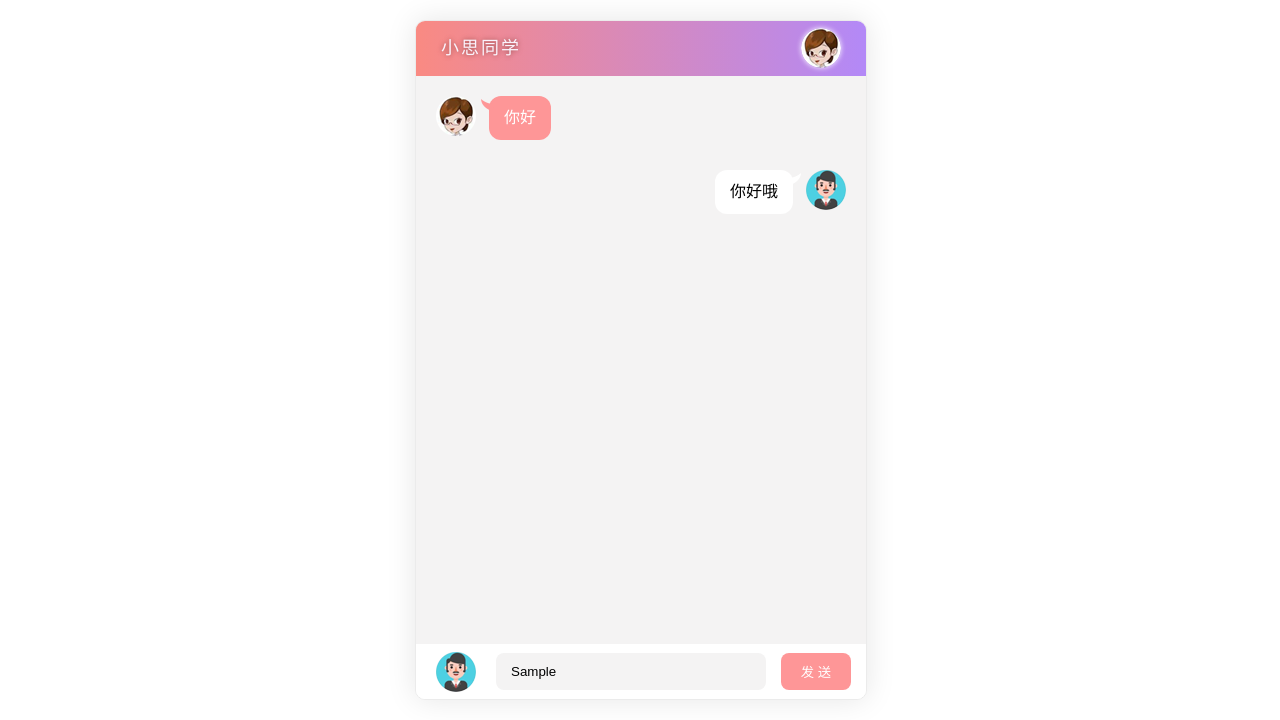
Repository: R1Deemo/ajax
Page: 聊天机器人/聊天机器人.html
These files come from the project's save history. The page is drawn as it stood at one moment and after the next save; the edit follows.
The browser window is 1280 px wide. The pictures show the whole page.
Empty fields were first filled with sample values (such as "Sample", 5 or name@example.com).
After loading, the first visible `#btnSend` was clicked once.

Above is the page before, as saved 2022-10-25 10:21:59.

After the next save:
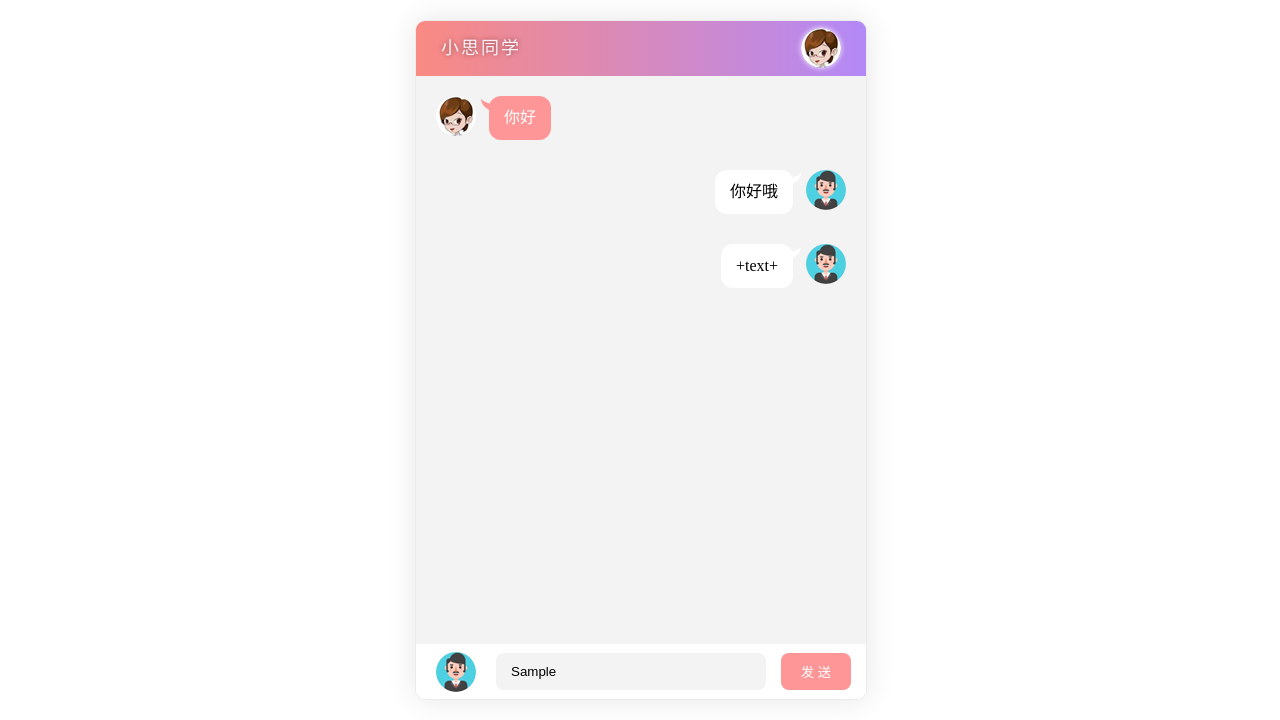
Saved 3 min 53 s later.
--- a/聊天机器人/js/chat.js
+++ b/聊天机器人/js/chat.js
@@ -6,7 +6,9 @@ $(function() {
     $('#btnSend').on('click', function() {
         var text = $('#ipt').val().trim()
         if (text.length <= 0)
+            return $('#ipt').val('')
 
-            return $('#ipt').val('')
+        // 如果输入内容，追加进记录
+        $('.talk_list').append('<li class="right_word"><img src="img/person02.png" /> <span>+text+</span></li>')
     })
 })
